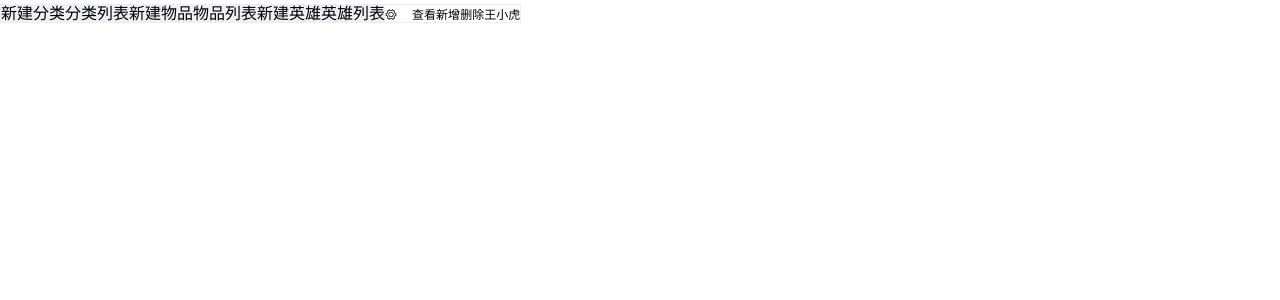
Repository: zqw980624/aaa
Page: / (app in admin/)
An editor plug-in stored every save of this project. The page is shown before and after the next save, followed by the edit.
The browser window is 1280 px wide. The pictures show the whole page.
The project was rebuilt for these pictures with package versions that can differ from the ones it lists, and the page was loaded fresh each time. Also part of the build but not shown: admin/src/views/CategoryEditor.vue, admin/src/views/CategoryList.vue, admin/src/views/ItemEditor.vue, admin/src/views/ItemList.vue, admin/src/views/HeroEditor.vue, admin/src/views/HeroList.vue, admin/src/views/ArticleEditor.vue, admin/src/views/ArticleList.vue. Imported but missing from the stored project, and not drawn on this page: admin/src/plugins/element.js.

Above is the page before, as saved 2020-03-09 20:03:34.

### admin/src/main.js
import Vue from 'vue';
import App from './App.vue';
import './plugins/element.js'
import router from './router'

Vue.config.productionTip = false;

import http from "./http"
Vue.prototype.$http = http

new Vue({
  router,
  render: (h) => h(App)
}).$mount('#app');

### admin/src/App.vue
<template>
  <div id="app">
   <router-view></router-view>
  </div>
</template>

<style>
  html,body{
    margin: 0;
    padding: 0;
  }
</style>

### admin/src/router/index.js
import Vue from 'vue'
import VueRouter from 'vue-router'
import Main from '../views/Main.vue'
import CategoryEditor from '../views/CategoryEditor.vue'
import CategoryList from '../views/CategoryList.vue'

import ItemEditor from '../views/ItemEditor.vue'
import ItemList from '../views/ItemList.vue'

import HeroEditor from '../views/HeroEditor.vue'
import HeroList from '../views/HeroList.vue'

import ArticleEditor from '../views/ArticleEditor.vue'
import ArticleList from '../views/ArticleList.vue'
Vue.use(VueRouter)

const routes = [
  {
    path: '/',
    name: 'Main',
    component: Main,
    children:[
      {path:"category/create",component:CategoryEditor},
      {path:"category/editor/:id",component:CategoryEditor,props:true},
      {path:"category/list",component:CategoryList},

      {path:"item/create",component:ItemEditor},
      {path:"item/editor/:id",component:ItemEditor,props:true},
      {path:"item/list",component:ItemList},

      {path:"hero/create",component:HeroEditor},
      {path:"hero/editor/:id",component:HeroEditor,props:true},
      {path:"hero/list",component:HeroList},

      {path:"article/create",component:ArticleEditor},
      {path:"article/editor/:id",component:ArticleEditor,props:true},
      {path:"article/list",component:ArticleList},


    ]
  }
]

const router = new VueRouter({
  mode: 'history',
  base: process.env.BASE_URL,
  routes
})

export default router

### admin/src/http.js
import axios from "axios";

const http = axios.create({
    baseURL:"http://localhost:3000/admin/api"
})

export default http

### admin/src/views/Main.vue

<template>
  <el-container style="height: 100vh; border: 1px solid #eee">
    <el-aside width="200px" style="background-color: rgb(238, 241, 246)">
      <el-menu router :default-openeds="['1']">
        <el-submenu index="1">
          <template slot="title">
            <i class="el-icon-message"></i>内容管理
          </template>
          <el-menu-item-group>
            <template slot="title">分类</template>
            <el-menu-item index="/category/create">新建分类</el-menu-item>
            <el-menu-item index="/category/list">分类列表</el-menu-item>
          </el-menu-item-group>
          <el-menu-item-group>
            <template slot="title">物品</template>
            <el-menu-item index="/item/create">新建物品</el-menu-item>
            <el-menu-item index="/item/list">物品列表</el-menu-item>
          </el-menu-item-group>

           <el-menu-item-group>
            <template slot="title">英雄</template>
            <el-menu-item index="/hero/create">新建英雄</el-menu-item>
            <el-menu-item index="/hero/list">英雄列表</el-menu-item>
          </el-menu-item-group>

        </el-submenu>

      </el-menu>
    </el-aside>

    <el-container>
      <el-header style="text-align: right; font-size: 12px">
        <el-dropdown>
          <i class="el-icon-setting" style="margin-right: 15px"></i>
          <el-dropdown-menu slot="dropdown">
            <el-dropdown-item>查看</el-dropdown-item>
            <el-dropdown-item>新增</el-dropdown-item>
            <el-dropdown-item>删除</el-dropdown-item>
          </el-dropdown-menu>
        </el-dropdown>
        <span>王小虎</span>
      </el-header>

      <el-main>
       <router-view></router-view>
      </el-main>
    </el-container>
  </el-container>
</template>

<style>
.el-header {
  background-color: #b3c0d1;
  color: #333;
  line-height: 60px;
}

.el-aside {
  color: #333;
}
</style>

Loaded but not shown: admin/public/index.html (common file)

After the next save:
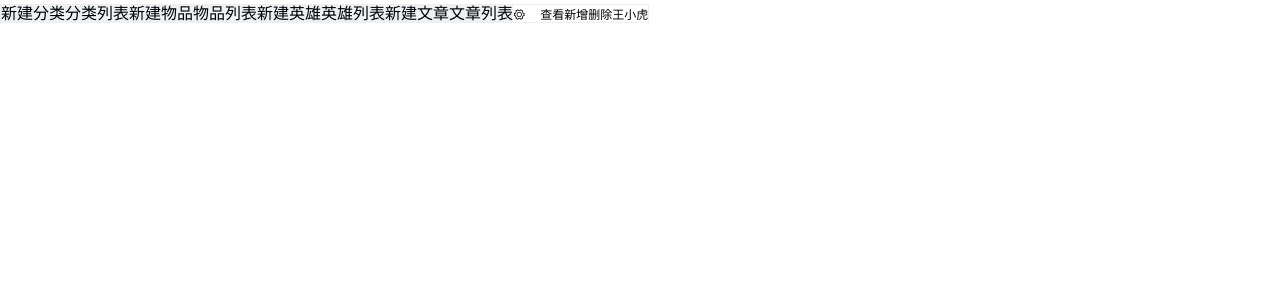
Saved 31 s later.
--- a/admin/src/views/Main.vue
+++ b/admin/src/views/Main.vue
@@ -22,6 +22,12 @@
             <template slot="title">英雄</template>
             <el-menu-item index="/hero/create">新建英雄</el-menu-item>
             <el-menu-item index="/hero/list">英雄列表</el-menu-item>
+          </el-menu-item-group>
+
+           <el-menu-item-group>
+            <template slot="title">文章</template>
+            <el-menu-item index="/hero/create">新建文章</el-menu-item>
+            <el-menu-item index="/hero/list">文章列表</el-menu-item>
           </el-menu-item-group>
 
         </el-submenu>
